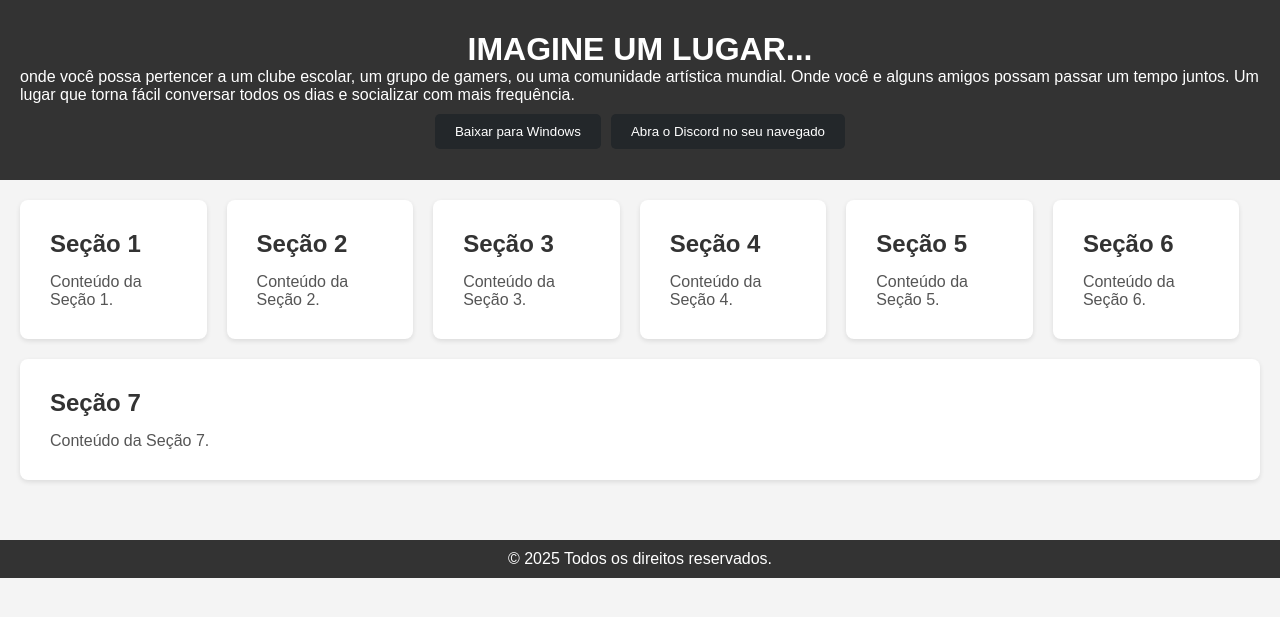
Repository: gustavotwist/projeto-discord
Page: index.html
The author's editor kept a copy of each file at every save. The page is drawn from the files as they stood at one save, then again after the next save.
The browser window is 1280 px wide. The pictures show the whole page.

Above is the page before, as saved 2025-03-10 10:07:13.

### index.html
<!DOCTYPE html>
<html lang="pt-br">
<head>
    <meta charset="UTF-8">
    <meta name="viewport" content="width=device-width, initial-scale=1.0">
    <title>Desafio de Responsividade</title>
    <link rel="stylesheet" href="/css/style.css">
</head>
<body>
    <!-- Header -->
    <header>
        <h1>IMAGINE UM LUGAR...</h1>
        <p>onde você possa pertencer a um clube escolar, um grupo de gamers, ou uma comunidade artística mundial. Onde você e alguns amigos possam passar um tempo juntos. Um lugar que torna fácil conversar todos os dias e socializar com mais frequência.</p>
        <div class="header-buttons">
            <button class="btn login-btn">Baixar para Windows</button>
            <button class="btn signup-btn">Abra o Discord no seu navegado</button>
        </div>
    </header>

    <!-- Main -->
    <main>
        <!-- Container para as 7 seções (6 lado a lado e a 7ª embaixo) -->
        <div class="section-container">
            <!-- Section 1 -->
            <section id="section1">
                <h2>Seção 1</h2>
                <p>Conteúdo da Seção 1.</p>
            </section>

            <!-- Section 2 -->
            <section id="section2">
                <h2>Seção 2</h2>
                <p>Conteúdo da Seção 2.</p>
            </section>

            <!-- Section 3 -->
            <section id="section3">
                <h2>Seção 3</h2>
                <p>Conteúdo da Seção 3.</p>
            </section>

            <!-- Section 4 -->
            <section id="section4">
                <h2>Seção 4</h2>
                <p>Conteúdo da Seção 4.</p>
            </section>

            <!-- Section 5 -->
            <section id="section5">
                <h2>Seção 5</h2>
                <p>Conteúdo da Seção 5.</p>
            </section>

            <!-- Section 6 -->
            <section id="section6">
                <h2>Seção 6</h2>
                <p>Conteúdo da Seção 6.</p>
            </section>

            <!-- Section 7 -->
            <section id="section7">
                <h2>Seção 7</h2>
                <p>Conteúdo da Seção 7.</p>
            </section>
        </div>
    </main>

    <!-- Footer -->
    <footer>
        <p>&copy; 2025 Todos os direitos reservados.</p>
    </footer>
</body>
</html>

### css/style.css
/* Reset de estilos */
* {
    margin: 0;
    padding: 0;
    box-sizing: border-box;
}

/* Corpo e fontes */
body {
    font-family: Arial, sans-serif;
    background-color: #f4f4f4;
    color: #333;
}

/* Header */
header {
    background-color: #333;
    color: white;
    display: flex;
    flex-direction: column;
    justify-content: center;
    align-items: center;
    padding: 20px;
    height: 25vh;
}


/* Botões no header */
/* Estilos para o contêiner de botões */
.header-buttons {
    display: flex;
    gap: 10px; /* Espaçamento entre os botões */
    margin-top: 10px; /* Distância entre os botões e a navegação */
    justify-content: center; /* Alinha os botões ao centro horizontalmente */
    align-items: center; /* Alinha os botões ao centro verticalmente */
}


/* Estilos gerais para os botões */
.header-buttons .btn {
    color: white;
    border: none;
    padding: 10px 20px;
    border-radius: 5px;
    cursor: pointer;
    transition: background-color 0.3s ease; /* Transição suave para o efeito de hover */
}

/* Botão de Entrar - Cor de fundo e hover específicos */
.header-buttons .login-btn {
    background-color: #23272A; /* Cor de fundo para o botão "Entrar" */
}

.header-buttons .login-btn:hover {
    background-color: #23272A ; /* Cor de fundo mais escura ao passar o mouse */
}

/* Botão de Registrar - Cor de fundo e hover específicos */
.header-buttons .signup-btn {
    background-color: #23272A; /* Cor de fundo para o botão "Registrar" */
}

.header-buttons .signup-btn:hover {
    background-color: #23272A; /* Cor de fundo mais escura ao passar o mouse */
}


/* Main */
main {
    padding: 20px;
}

/* Container para as 7 seções (6 lado a lado e a 7ª embaixo) */
.section-container {
    display: flex;
    flex-wrap: wrap; /* Para que as seções se ajustem em múltiplas linhas */
    gap: 20px; /* Espaçamento entre as seções */
}

/* Estilo para cada seção */
section {
    background-color: white;
    padding: 30px;
    margin: 0;
    border-radius: 8px;
    box-shadow: 0 2px 5px rgba(0, 0, 0, 0.1);
    transition: transform 0.3s ease;
}

/* Largura das seções */
section:nth-child(-n+6) {
    width: calc(16.66% - 20px); /* Para as 6 primeiras seções ficarem lado a lado */
}

section:nth-child(7) {
    width: 100%; /* A 7ª seção ocupa toda a largura da tela */
}

section h2 {
    margin-bottom: 15px;
    font-size: 1.5rem;
    color: #333;
}

section p {
    font-size: 1rem;
    color: #555;
}

section:hover {
    transform: translateY(-5px); /* Efeito de elevação ao passar o mouse */
}

/* Footer */
footer {
    background-color: #333;
    color: white;
    text-align: center;
    padding: 10px 0;
    margin-top: 40px;
}

/* Responsividade */
@media (max-width: 768px) {
    /* Ajuste para Header */
    header {
        flex-direction: column;
        align-items: flex-start;
        padding: 20px;
    }

    header nav ul {
        flex-direction: column;
        margin-top: 20px;
    }

    header nav ul li {
        margin-left: 0;
        margin-bottom: 10px;
    }

    /* Ajuste para Seções */
    section {
        width: 100%; /* Seções ocupam toda a largura em telas menores */
        padding: 20px;
    }

    /* Ajuste para Botões */
    .header-buttons {
        flex-direction: column;
        margin-top: 10px;
    }
}

@media (max-width: 480px) {
    /* Ajuste para texto no Footer */
    footer p {
        font-size: 0.8rem;
    }
}

After the next save:
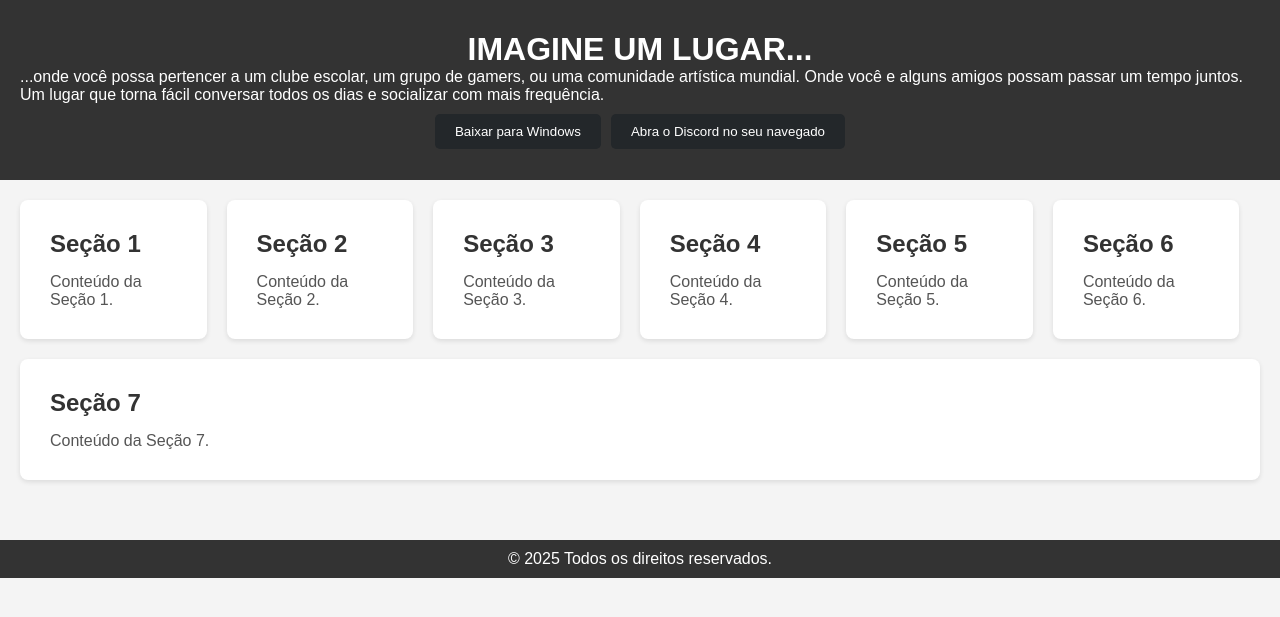
Saved 5 s later.
--- a/index.html
+++ b/index.html
@@ -10,7 +10,7 @@
     <!-- Header -->
     <header>
         <h1>IMAGINE UM LUGAR...</h1>
-        <p>onde você possa pertencer a um clube escolar, um grupo de gamers, ou uma comunidade artística mundial. Onde você e alguns amigos possam passar um tempo juntos. Um lugar que torna fácil conversar todos os dias e socializar com mais frequência.</p>
+        <p>...onde você possa pertencer a um clube escolar, um grupo de gamers, ou uma comunidade artística mundial. Onde você e alguns amigos possam passar um tempo juntos. Um lugar que torna fácil conversar todos os dias e socializar com mais frequência.</p>
         <div class="header-buttons">
             <button class="btn login-btn">Baixar para Windows</button>
             <button class="btn signup-btn">Abra o Discord no seu navegado</button>
